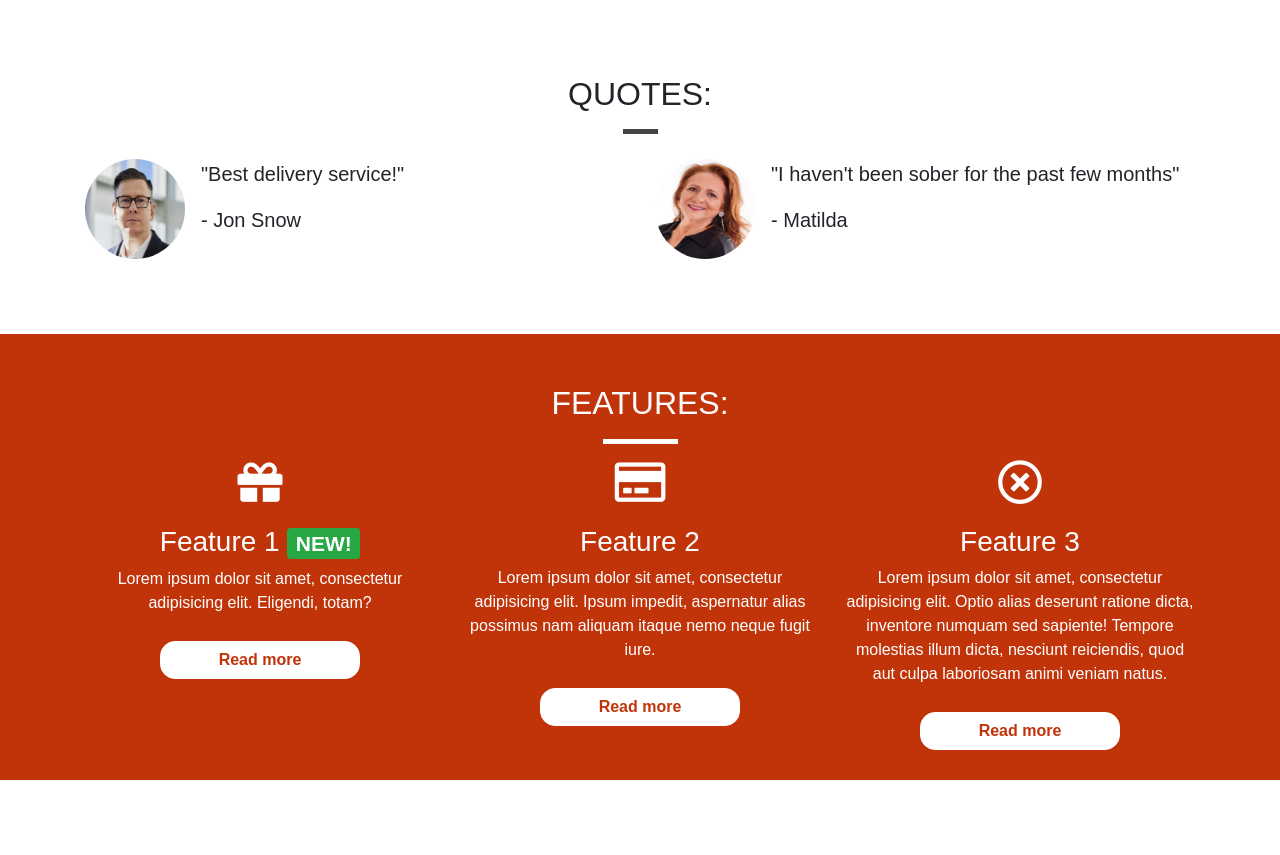
Repository: mkuti/Whiskey_website_using_Bootstrap
Page: index.html
The author's editor kept a record of every edit. The page is drawn from the files as they stood at one moment, then again after the next edit.
The browser window is 1280 px wide. The pictures show the part of the page from y = 720 to 1575 px (the page is 1575 px tall).
Backgrounds fixed to the window are drawn as part of the page. Some web fonts or font styles are not loaded; a fallback is used. Some web libraries are served in a nearby version.

Above is the page before.

### index.html
<!DOCTYPE html>
<html lang="en">

<head>
    <meta charset="UTF-8">
    <meta name="viewport" content="width=device-width, initial-scale=1.0">
    <title>Whiskey Drop | Taste a new whiskey every month</title>
    <link rel="stylesheet" href="https://maxcdn.bootstrapcdn.com/bootstrap/4.1.3/css/bootstrap.min.css">
    <link rel="stylesheet" href="https://use.fontawesome.com/releases/v5.6.1/css/all.css" integrity="sha384-gfdkjb5BdAXd+lj+gudLWI+BXq4IuLW5IT+brZEZsLFm++aCMlF1V92rMkPaX4PP" crossorigin="anonymous">

    <link href="https://fonts.googleapis.com/css?family=B612+Mono&display=swap" rel="stylesheet">
    <link rel="stylesheet" href="css/style.css" type="text/css" />
</head>

<body>

    <div class="container-fluid navalert-container">
        <!--alert sale-->
        <div class="container-fluid alert-container">
            <div class="row d-none d-sm-block">
                <div class="col-12">
                    <div class="site-wide-alert alert alert-warning">
                        <strong>Sale Now On!</strong> We've got a sale on. Get a 12-month subscription for the price of 6! <a href="">See here for details!</a>
                    </div>
                </div>
            </div>
        </div>
        <!-- nav -->
        <nav class="navbar navbar-dark navbar-expand-sm">
            <a href="/" class="navbar-brand">Whiskey Drop</a>
            <!-- button for smaller screens -->
            <button class="navbar-toggler ml-auto" type="button" data-toggle="collapse" data-target="#navbarNavDropdown" aria-controls="navbarNavDropdown" aria-expanded="false" aria-label="Toggle navigation">
            <span class="navbar-toggler-icon"></span></button>
            <!-- end button -->

            <!-- menu -->
            <div class="collapse navbar-collapse" id="navbarNavDropdown">
                <ul class="navbar-nav mr-auto">
                    <li class="active nav-item mr-2"><a class="nav-link" href="/">Home</a></li>
                    <li class="nav-item mr-2"><a class="nav-link" href="">About</a></li>
                    <li class="nav-item dropdown">
                        <a class="nav-link dropdown-toggle" href="#" id="navbarNavDropdownMenuLink" role="button" data-toggle="dropdown" aria-haspopup="true" aria-expanded="false">Whiskeys</a>
                        <div class="dropdown-menu" aria-labelledby="navbarNavDropdownMenuLink">
                            <a class="dropdown-item" href="#">Irish</a>
                            <a class="dropdown-item" href="#">Scottish</a>
                            <a class="dropdown-item" href="#">Japanese</a>
                            <a class="dropdown-item" href="#">American</a>
                        </div>
                    </li>
                    <li class="nav-item mr-2 d-block d-sm-none"><a class="nav-link" href="">Sign In / Sign Up</a></li>
                </ul>
            </div>
            <!-- .menu -->
            <!--sign up-->
            <div class="d-none d-md-block">
                <p class="navbar-text my-auto mr-2"><i>Great whiskey delivered to your door</i></p>
                <a href="/login" class="btn btn--cta btn--red">Sign In / Sign Up</a>
            </div>
            <!--</div>-->
        </nav>
    </div>
    <!--end nav-->

    <!-- call out section -->
    <div class="container-fluid callout-container">
        <div class="opaque-overlay">&nbsp;</div>
        <div class="row">
            <div class="col-12">
                <section class="callout jumbotron text-center">
                    <h1 class="jumbotron-header">The finest whiskeys delivered to your doorstep.</h1>
                    <hr class="block-divider block-divider--orange">
                    <p class="lead">Sign up today to start receiving the world's best whiskeys every month. <s class="d-none d-sm-inline">€19.99</s>
                        <span class="d-inline d-sm-none"><br></span>
                        <strong><mark>The first one is free!</mark></strong></p>
                    <button class="btn btn--cta btn--red" data-toggle="modal" data-target="#signUpModal">Sign up!</button>
                    <p class="text-muted"><small>You must be over 18 to use our services. Please drink responsibly.</small></p>
                </section>
            </div>
        </div>
    </div>
    <!--end call out-->
    <!-- Quotes -->
    <div class="container quotes-container content-container">
        <section class="quotes">
            <div class="col-12 page-header">
                <h2 class="text-uppercase">Quotes:</h2>
                <hr class="block-divider block-divider--short">
            </div>
            <div class="row">
                <div class="col-12 col-md-6">
                    <div class="media">
                        <div class="d-none d-sm-block">
                            <img src="Images/old-man.jpg" class="rounded-circle mr-3" height=100 width=100>
                        </div>
                        <div class="media-body">
                            <blockquote class="blockquote">
                                <p>"Best delivery service!"</p>
                                <p>- Jon Snow</p>
                            </blockquote>
                        </div>
                    </div>
                </div>
                <div class="col-12 col-md-6">
                    <div class="media">
                        <div class="d-none d-sm-block">
                            <img src="Images/old-woman.jpg" class="rounded-circle mr-3" height=100 width=100>
                        </div>
                        <div class="media-body">
                            <blockquote class="blockquote">
                                <p>"I haven't been sober for the past few months"</p>
                                <p>- Matilda</p>
                            </blockquote>
                        </div>
                    </div>
                </div>
            </div>
        </section>
    </div>
    <!--end quotes-->

    <!-- Features -->
    <div class="container-wrapper container-wrapper--red">
        <div class="container features-container content-container">
            <section class="features">
                <div class="row">
                    <div class="col-12 page-header">
                        <h2 class="text-uppercase">Features:</h2>
                        <hr class="block-divider block-divider--white">
                    </div>
                </div>
                <div class="row">
                    <div class="col-12 col-md-6 col-lg-4">
                        <div class="feature">
                            <h3><i class="fas fa-gift d-none d-sm-block"></i>Feature 1 <span class="badge badge-success">NEW!</span></h3>
                            <p>Lorem ipsum dolor sit amet, consectetur adipisicing elit. Eligendi, totam?</p>
                            <p><a class="btn btn--cta btn--white" href="">Read more</a></p>
                        </div>
                    </div>

                    <div class="col-12 col-md-6 col-lg-4">
                        <div class=feature>
                            <h3><i class="far fa-credit-card d-none d-sm-block"></i>Feature 2</h3>
                            <p>Lorem ipsum dolor sit amet, consectetur adipisicing elit. Ipsum impedit, aspernatur alias possimus nam aliquam itaque nemo neque fugit iure.</p>
                            <p><a class="btn btn--cta btn--white" href="">Read more</a></p>
                        </div>
                    </div>

                    <div class="col-12 d-md-none d-lg-block col-lg-4">
                        <div class="feature">
                            <h3><i class="far fa-times-circle d-none d-sm-block"></i>Feature 3</h3>
                            <p>Lorem ipsum dolor sit amet, consectetur adipisicing elit. Optio alias deserunt ratione dicta, inventore numquam sed sapiente! Tempore molestias illum dicta, nesciunt reiciendis, quod aut culpa laboriosam animi veniam natus.</p>
                            <p><a class="btn btn--cta btn--white" href="">Read more</a></p>
                        </div>
                    </div>
                </div>
            </section>
            <!--end features-->
        </div>
    </div>


    <div class="modal" tabindex="-1" role="dialog" id="signUpModal">
        <div class="modal-dialog" role="document">
            <div class="modal-content">
                <div class="modal-header">
                    <h5 class="modal-title">Sign Up to Whiskey Drop</h5>
                    <button type="button" class="close" data-dismiss="modal" aria-label="Close">
          <span aria-hidden="true">&times;</span>
        </button>
                </div>
                <div class="modal-body">
                    <form>
                        <div class="form-group">
                            <label for="exampleInputEmail1">Email address</label>
                            <input type="email" class="form-control" id="exampleInputEmail1" aria-describedby="emailHelp" placeholder="Enter email">
                            <small id="emailHelp" class="form-text text-muted">We'll never share your email with anyone else.</small>
                        </div>
                        <div class="form-group">
                            <label for="password">Password</label>
                            <input type="password" class="form-control" id="password" placeholder="Password">
                        </div>
                        <div class="form-group">
                            <label for="repeatPassword">Repeat Password</label>
                            <input type="password" class="form-control" id="repeatPassword" placeholder="Repeat Password">
                        </div>
                        <button type="submit" class="btn btn-success">Submit</button>
                    </form>
                </div>
            </div>
        </div>
    </div>

    <script src="https://code.jquery.com/jquery-3.3.1.slim.min.js" integrity="sha384-q8i/X+965DzO0rT7abK41JStQIAqVgRVzpbzo5smXKp4YfRvH+8abtTE1Pi6jizo" crossorigin="anonymous"></script>
    <script src="https://cdnjs.cloudflare.com/ajax/libs/popper.js/1.14.3/umd/popper.min.js" integrity="sha384-ZMP7rVo3mIykV+2+9J3UJ46jBk0WLaUAdn689aCwoqbBJiSnjAK/l8WvCWPIPm49" crossorigin="anonymous"></script>
    <script src="https://stackpath.bootstrapcdn.com/bootstrap/4.1.3/js/bootstrap.min.js" integrity="sha384-ChfqqxuZUCnJSK3+MXmPNIyE6ZbWh2IMqE241rYiqJxyMiZ6OW/JmZQ5stwEULTy" crossorigin="anonymous"></script>

</body>

</html>

### css/style.css
body {
    font-family: 'Poppins', sans-serif;
}

.alert-container .col-12 {
    padding-left: 0;
    padding-right: 0;
    }

.site-wide-alert {
    border-radius: 0;
    margin-bottom: 0;
    padding: 5px 15px;
    background-color:#ffd85d;
    border-color: #ffd85d;
}

.callout-container {
    height: 100vh;
    background: url(../Images/whiskey.jpg) no-repeat bottom right fixed;
    -webkit-background-size: cover;
    -moz-background-size: cover;
    -o-background-size: cover;
    background-size: cover;

    display: flex;
    align-items: center;
    justify-content: center;
    position: relative;
    }

/*opaque overlay for the background image*/

.opaque-overlay {
  position: absolute;
  top: 0;
  left: 0;
  height: 100%;
  width: 100%;
  background: rgba(0, 0, 0, 0.5);
}

/*navbar*/

.navbar {
    margin-bottom: 0;
    border: 0;
    width: 100%;
    background-color: rgba(0, 0, 0, 0.25);
    }

.navalert-container {
    position: absolute;
    top: 0;
    left: 0;
    padding-left: 0;
    padding:right; 0;
    z-index: 1;
}

.navbar .navbar-toggler {
    border: 0;
}

.navbar-brand {
    font-weight: bold;
    }

.navbar .navbar-nav a {
    font-weight: bold;
}

/*page headers*/

.page-header {
    margin-bottom: 0;
    border-bottom: 0;
    text-align: center;
}

.page-header h2 {
    margin-top: 0;
}

.quotes .page-header {
    margin-bottom: 25px;
}

   /*containers*/

.content-container {
    margin-top: 75px;
    margin-bottom: 75px;
    }

.container.wrapper {

}

.container-wrapper--red {
    background-color: #c1340a;
    color: white;
    }

.quotes-container {}

.features-container {
    padding-top: 50px;
    }


/*block dividers*/

.block-divider {
    width: 75px;
    height: 5px;
    border: 0;
    }

.block-divider--orange {
    background-color: #c1340a;
}

.block-divider--white {
    background-color: #fff;
}

.block-divider--short {
    width: 35px;
    background-color: #444;
}

/*jumbotron*/

.jumbotron {
    background-color: transparent;
}

.jumbotron-header {
    color: #fff;
    font-weight: bold;
    margin-top: 30px;
}

.jumbotron .lead {
    font-size: 1.25rem;
    font-weight: 300;
    margin: 25px 0;
    color: #949494;
}

.jumbotron small {
    font-size: 60%;
    font-style: italic;
    color: #e6e6e6;
}

/* buttons */

.btn--cta {
    font-weight:bold;
    border-radius:23px;
    width: 200px;
    }

.btn--red {
    color: white;
    border-color: #c1340a;
    background-color: #c1340a;
}

.btn--white {
    background-color: white;
    border-color: white;
    border-radius: 15px;
    color: #c1340a;
    min-width: 100px;
    margin-top: 10px;
}

.btn--red:hover,
.btn--red:active,
.btn--red:focus,
.btn--red:active:focus {
    border-color: #942909;
    background-color: #962605;
    color: white;
}

.btn--white:hover,
.btn--white:active,
.btn--white:focus,
.btn--white:active:focus {
    border-color: white;
    background-color: white;
    color: #000;
}

.badge--yellow {
    color: #c1340a;
    background-color: #ffd85d;
    border-radius: 5px;
}

.feature {
    text-align: center;
    margin-bottom: 30px;
    }

.feature i {
    margin-bottom: 20px;
    font-size: 45px;
    line-height: 45px;
}

.col-lg-4 {

After the next edit:
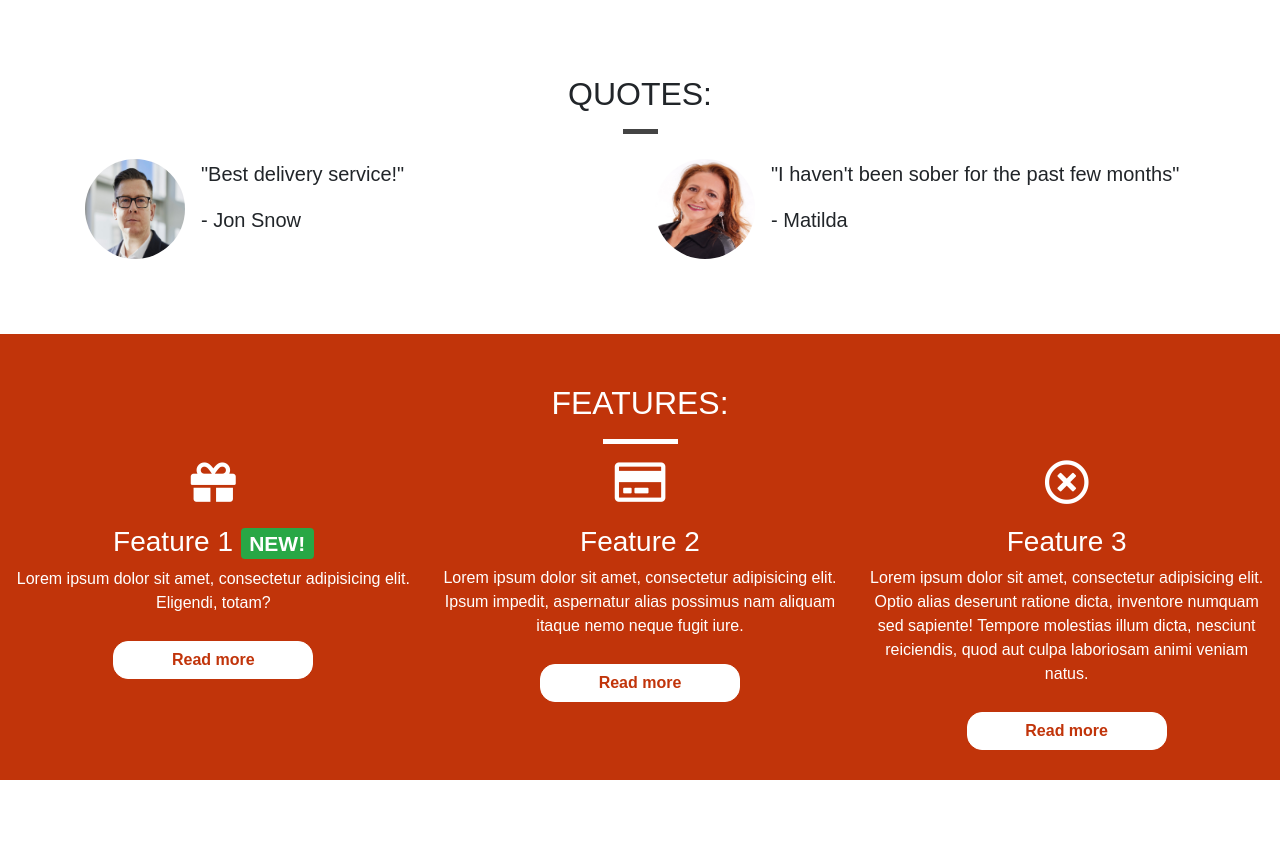
The edit:
--- a/index.html
+++ b/index.html
@@ -120,7 +120,7 @@
 
     <!-- Features -->
     <div class="container-wrapper container-wrapper--red">
-        <div class="container features-container content-container">
+        <div class="container-fluid features-container content-container">
             <section class="features">
                 <div class="row">
                     <div class="col-12 page-header">
